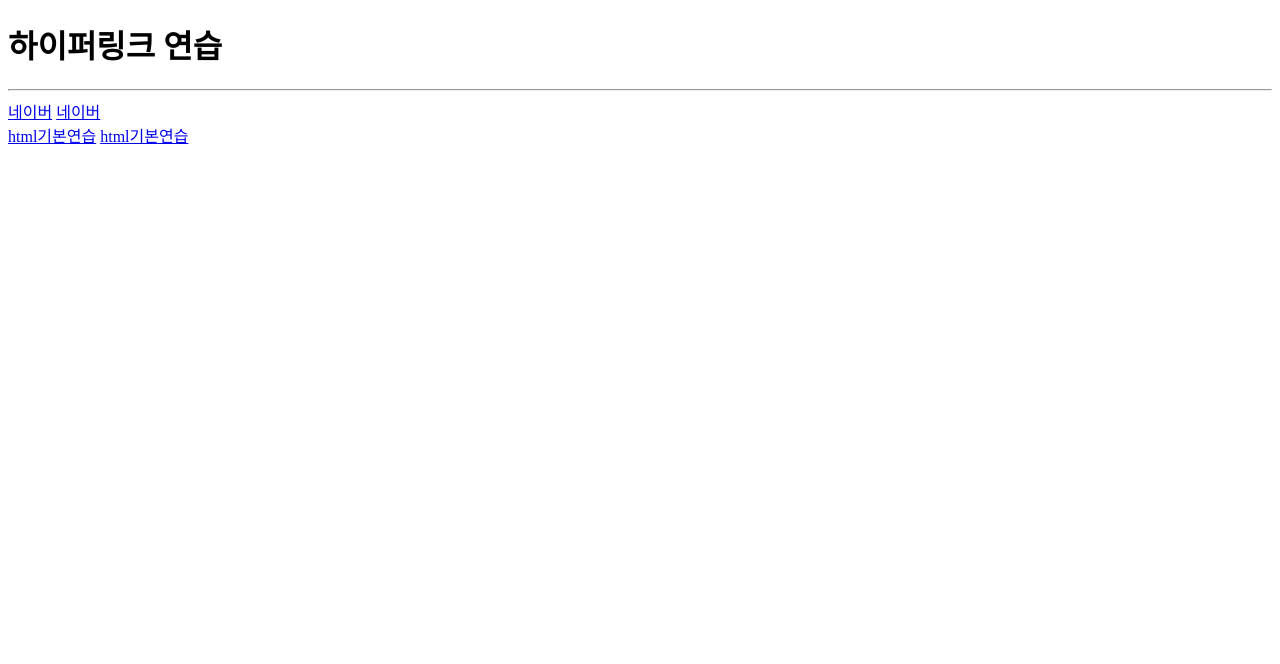
Repository: snowcuphea/webwork_class
Page: clientweb/WebContent/html/link.html
An editor plug-in stored every save of this project. The page is shown before and after the next save, followed by the edit.
The browser window is 1280 px wide. The pictures show the whole page.

Above is the page before, as saved 2020-01-02 01:17:35.

### clientweb/WebContent/html/link.html
<!DOCTYPE html>
<html>
<head>
<meta charset="EUC-KR">
<title>Insert title here</title>
</head>
<body>
	<h1>하이퍼링크 연습</h1>
	<hr/>
	<a href="https://www.naver.com" target="_self">네이버</a>
	<a href="https://www.naver.com" target="_blank">네이버</a>
	<br/>
	<a href="/clientweb/html/lounge.html">html기본연습</a>
	<a href="lounge.html">html기본연습</a>

</body>
</html>

After the next save:
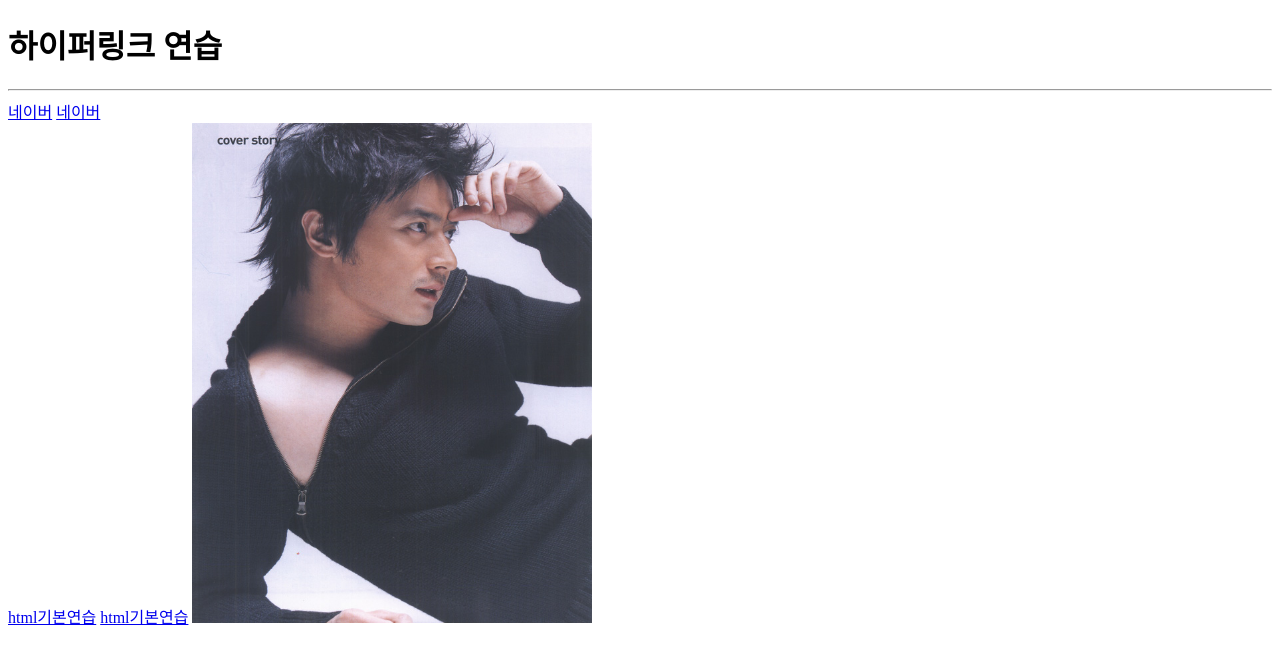
Saved 116 s later.
--- a/clientweb/WebContent/html/link.html
+++ b/clientweb/WebContent/html/link.html
@@ -12,6 +12,8 @@
 	<br/>
 	<a href="/clientweb/html/lounge.html">html기본연습</a>
 	<a href="lounge.html">html기본연습</a>
+	<a href="./lounge/html"><img alt="멋진장동건" src="../images/jang1.jpg"
+	width="400" height=500"></a>
 
 </body>
 </html>
